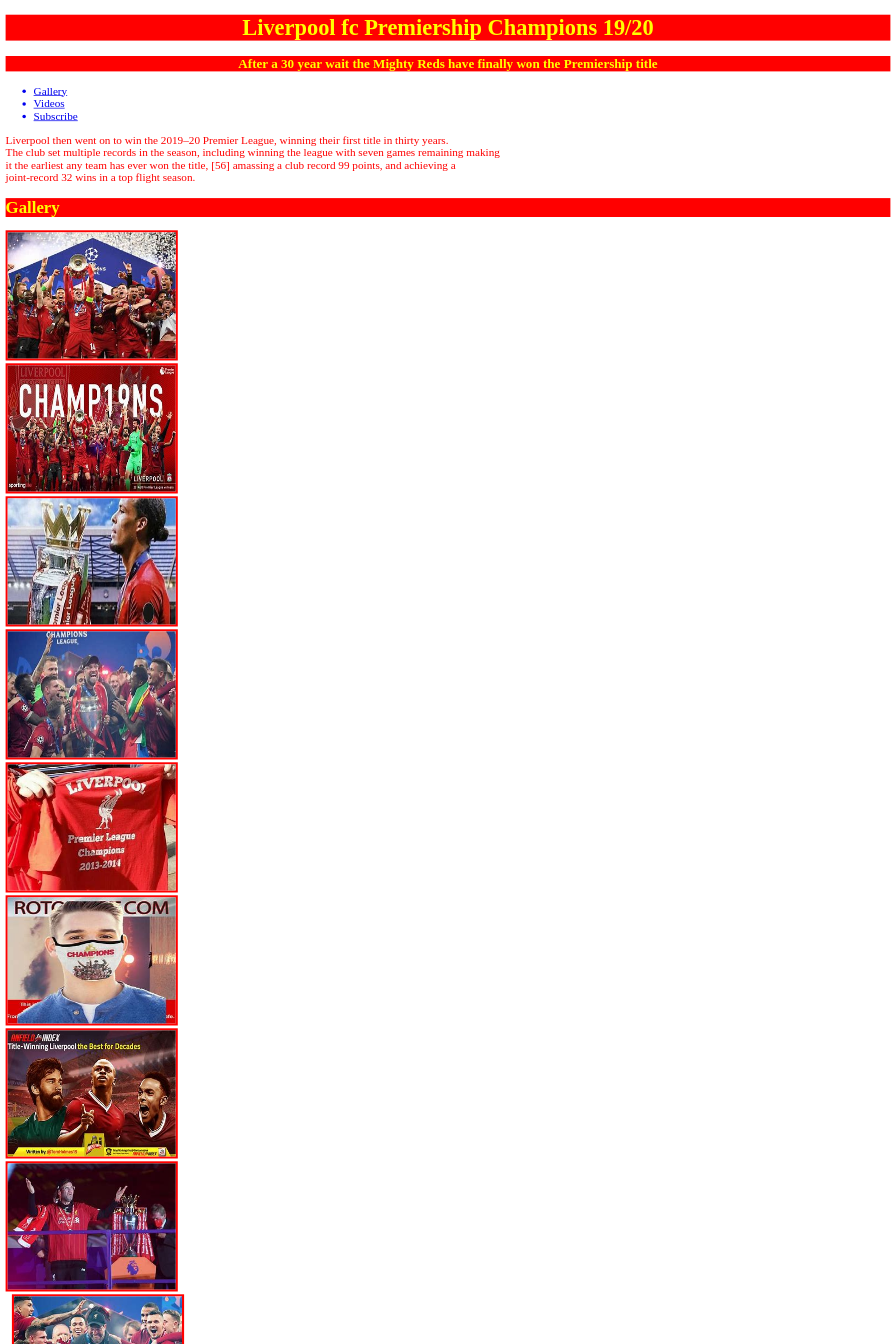
Repository: andyd71/HTML_and_CSS
Page: one_page_website/One_Page_Website.html
The author's editor kept a copy of each file at every save. The page is drawn from the files as they stood at one save, then again after the next save.
The browser window is 1280 px wide. The pictures show the part of the page from y = 0 to 1920 px (the page is 2749 px tall), at 70% of full size.

Above is the page before, as saved 2020-10-09 12:43:49.

After the next save:
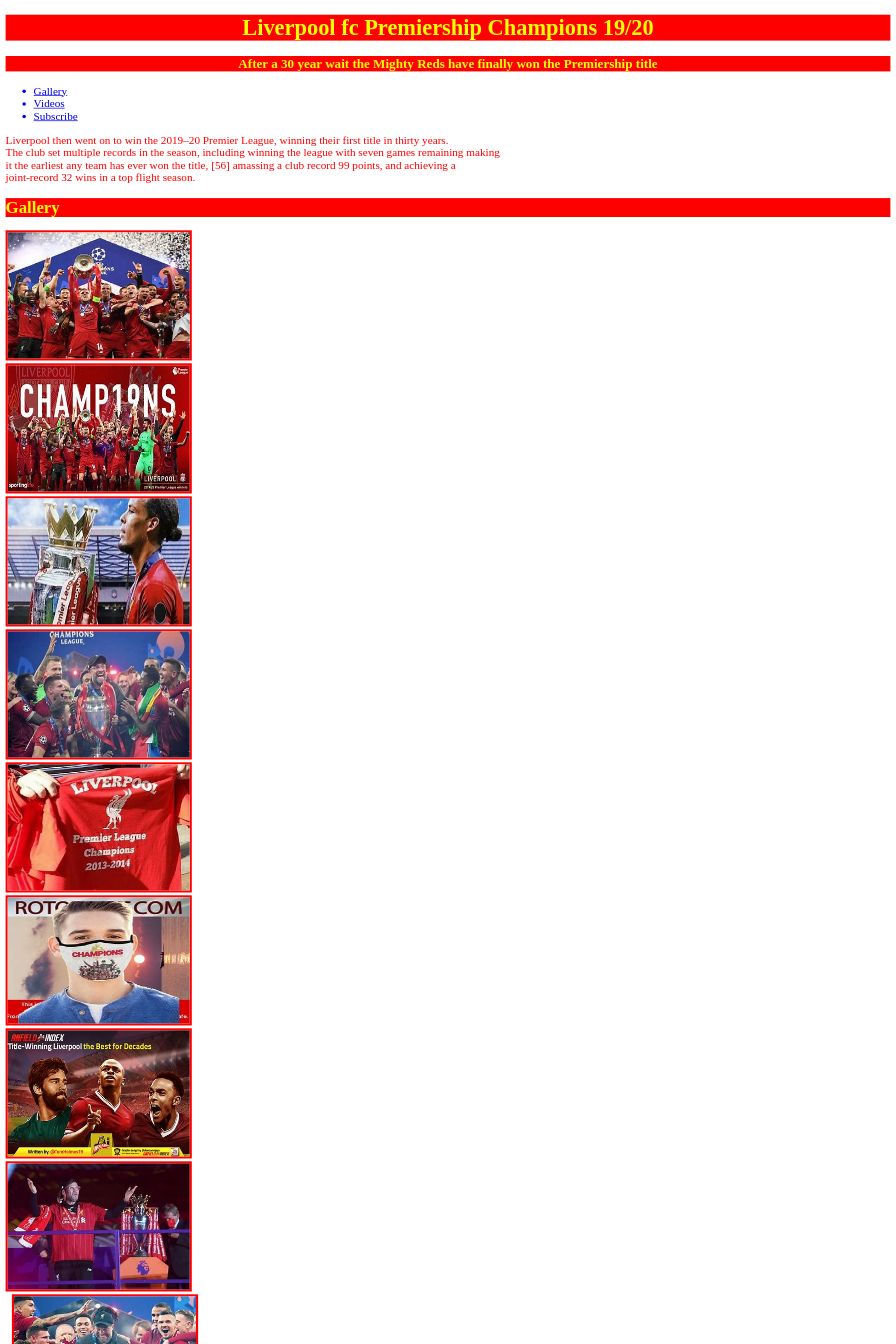
Saved 9 s later.
--- a/one_page_website/css/One_page_website.css
+++ b/one_page_website/css/One_page_website.css
@@ -19,6 +19,6 @@
 }
 img {
 	border: 3px solid red;
-	width: 240px;
+	width: 260px;
 	height: 180px;
 }
